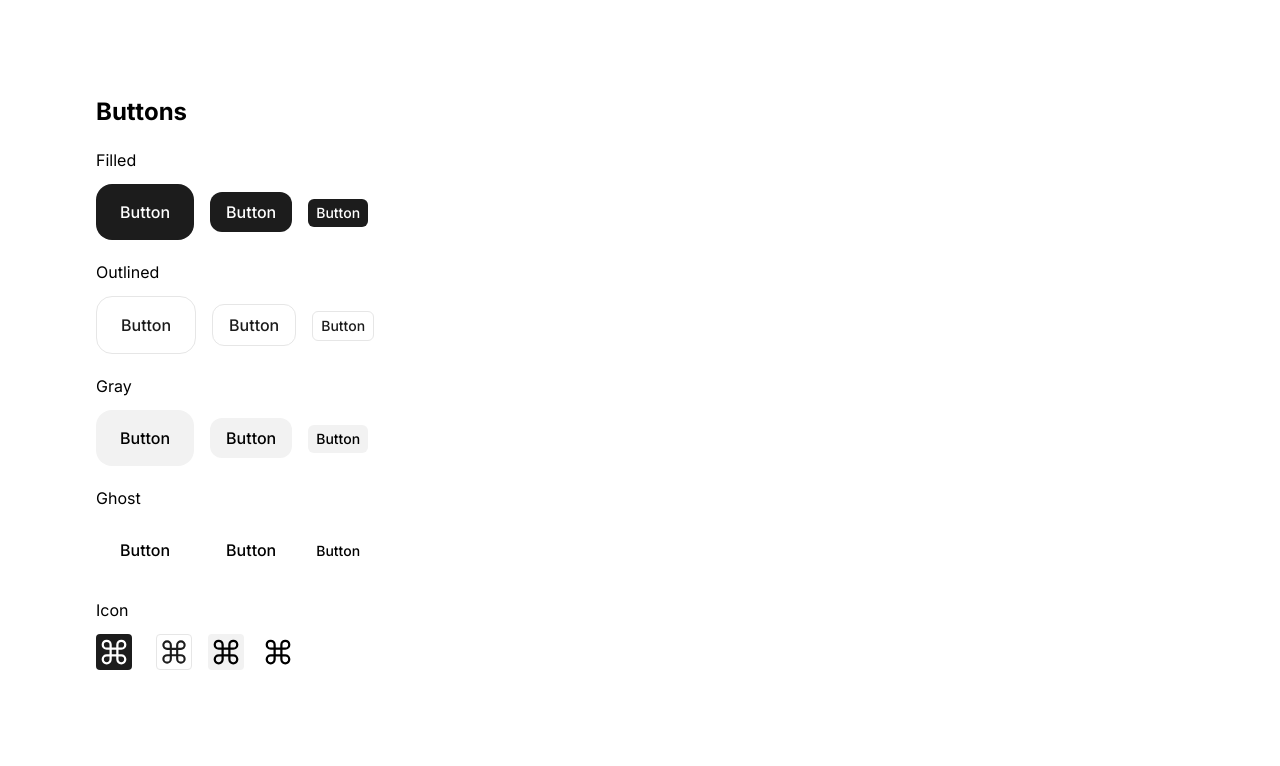
Repository: ggonzaga29/polarized-dashboard
Page: /
The author's editor kept a copy of each file at every save. The page is drawn from the files as they stood at one save, then again after the next save.
The browser window is 1280 px wide. The pictures show the whole page.
The project was rebuilt for these pictures with package versions that can differ from the ones it lists, and the page was loaded fresh each time. The framework's server and built-in components were replaced by stand-ins that run in the browser. Also part of the build but not shown: next.config.js.

Above is the page before, as saved 2023-08-04 00:52:43.

### src/app/layout.jsx
import './globals.css';
import { Inter } from 'next/font/google';
import { ThemeProvider } from '@/context/theme-provider';

const inter = Inter({ subsets: ['latin'] });

export const metadata = {
  title: 'Polarized | Dashboard',
};

export default function RootLayout({ children }) {
  return (
    <html lang="en">
      <body className={inter.className}>
        <ThemeProvider attribute="class" defaultTheme="system" enableSystem>
          {children}
        </ThemeProvider>
      </body>
    </html>
  );
}

### src/app/page.jsx
'use client';

import { Button } from '@/components/ui/button';
import { Command } from '@phosphor-icons/react';

export default function Home() {
  return (
    <main className="min-h-screen flex-col items-center justify-between p-24 space-y-5">
      <h1 className="text-2xl font-bold">Buttons</h1>
      <div>
        <h2>Filled</h2>
        <div className="space-x-4 mt-3">
          <Button variant="filled" size="lg">
            Button
          </Button>
          <Button variant="filled" size="md">
            Button
          </Button>
          <Button variant="filled" size="sm">
            Button
          </Button>
        </div>
      </div>
      <div>
        <h2>Outlined</h2>
        <div className="space-x-4 mt-3">
          <Button variant="outlined" size="lg">
            Button
          </Button>
          <Button variant="outlined" size="md">
            Button
          </Button>
          <Button variant="outlined" size="sm">
            Button
          </Button>
        </div>
      </div>
      <div>
        <h2>Gray</h2>
        <div className="space-x-4 mt-3">
          <Button variant="gray" size="lg">
            Button
          </Button>
          <Button variant="gray" size="md">
            Button
          </Button>
          <Button variant="gray" size="sm">
            Button
          </Button>
        </div>
      </div>
      <div>
        <h2>Ghost</h2>
        <div className="space-x-4 mt-3">
          <Button variant="ghost" size="lg">
            Button
          </Button>
          <Button variant="ghost" size="md">
            Button
          </Button>
          <Button variant="ghost" size="sm">
            Button
          </Button>
        </div>
      </div>
      <div>
        <h2>Icon</h2>
        <div className="space-x-4 mt-3">
          <Button variant="filled" size="icon" asChild>
            <Command className="h-6 w-6 mr-2" />
          </Button>
          <Button variant="outlined" size="icon" asChild>
            <Command className="h-6 w-6" />
          </Button>
          <Button variant="gray" size="icon" asChild>
            <Command className="h-6 w-6" />
          </Button>
          <Button variant="ghost" size="icon" asChild>
            <Command className="h-6 w-6" />
          </Button>
        </div>
      </div>
    </main>
  );
}

### src/app/globals.css
@tailwind base;
@tailwind components;
@tailwind utilities;

@layer base {
  :root {
    /* --background: 0 0% 100%;
    --foreground: 240 10% 3.9%;

    --muted: 240 4.8% 95.9%;
    --muted-foreground: 240 3.8% 46.1%;

    --popover: 0 0% 100%;
    --popover-foreground: 240 10% 3.9%;

    --card: 0 0% 100%;
    --card-foreground: 240 10% 3.9%;

    --border: 240 5.9% 90%;
    --input: 240 5.9% 90%;

    --primary: 240 5.9% 10%;
    --primary-foreground: 0 0% 98%;

    --secondary: 240 4.8% 95.9%;
    --secondary-foreground: 240 5.9% 10%;

    --accent: 240 4.8% 95.9%;
    --accent-foreground: 240 5.9% 10%;

    --destructive: 0 84.2% 60.2%;
    --destructive-foreground: 0 0% 98%;

    --ring: 240 5% 64.9%;

    --radius: 0.5rem; */

    /* 1C1C1C */
    /* Black shades */
    --shade-100: hsl(0, 0%, 11%);
    --shade-80: hsl(0, 0%, 20%);
    --shade-40: hsl(0, 0%, 40%);
    --shade-20: hsl(0, 0%, 60%);
    --shade-10: hsl(0, 0%, 90%);
    --shade-5: hsl(0, 0%, 95%);

    /* White tints */
    --tint-100: hsl(0, 0%, 100%);
    --tint-80: hsl(0, 0%, 80%);
    --tint-40: hsl(0, 0%, 60%);
    --tint-20: hsl(0, 0%, 40%);
    --tint-10: hsl(0, 0%, 20%);
    --tint-5: hsl(0, 0%, 10%);

    /* F7F9FB */
    --primary-light: hsl(210, 50%, 98%);
    /* E3F5FF */
    --primary-blue: hsl(210, 90%, 95%);
    /* E5ECF6 */
    --primary-purple: hsl(240, 20%, 90%);
    /* 1C1C1C */
    --primary-brand: hsl(0, 0%, 11%);

    /* 95A4FC */
    --secondary-purple-a: hsl(240, 60%, 75%);
    /* A8C5DA */
    --secondary-blue-a: hsl(200, 30%, 75%);
    /* E3F5FF */
    --secondary-blue-b: hsl(210, 90%, 95%);
    /* A1E3CB */
    --secondary-green-a: hsl(160, 70%, 75%);
    /* BAEDBD */
    --secondary-green-b: hsl(100, 40%, 75%);
    /* FFE999 */
    --secondary-yellow: hsl(50, 100%, 75%);
    /* FF4747 */
    --secondary-red: hsl(0, 100, 64);
  }

  .dark {
    /* --background: 240 10% 3.9%;
    --foreground: 0 0% 98%;

    --muted: 240 3.7% 15.9%;
    --muted-foreground: 240 5% 64.9%;

    --popover: 240 10% 3.9%;
    --popover-foreground: 0 0% 98%;

    --card: 240 10% 3.9%;
    --card-foreground: 0 0% 98%;

    --border: 240 3.7% 15.9%;
    --input: 240 3.7% 15.9%;

    --primary: 0 0% 98%;
    --primary-foreground: 240 5.9% 10%;

    --secondary: 240 3.7% 15.9%;
    --secondary-foreground: 0 0% 98%;

    --accent: 240 3.7% 15.9%;
    --accent-foreground: 0 0% 98%;

    --destructive: 0 62.8% 30.6%;
    --destructive-foreground: 0 85.7% 97.3%;

    --ring: 240 3.7% 15.9%; */
  }
}

### src/components/ui/button.jsx
import React from 'react';
import { Slot } from '@radix-ui/react-slot';
import { cva } from 'class-variance-authority';
import { twMerge } from 'tailwind-merge';

const button = cva(
  [
    'inline-flex items-center gap-2 justify-center font-medium transition-colors disabled:pointer-events-none disabled:opacity-50',
  ],
  {
    variants: {
      variant: {
        filled: ['bg-primary-brand', 'text-white', 'hover:bg-tint-10'],
        outlined: [
          'border border-shade-10',
          'text-shade-100',
          'hover:border-shade-80',
        ],
        gray: ['bg-shade-5', 'text-black', 'hover:bg-shade-10'],
        ghost: ['text-black', 'hover:bg-shade-10'],
      },

      size: {
        sm: ['px-2', 'py-1', 'rounded-md', 'text-sm'],
        md: ['px-4', 'py-2', 'rounded-xl'],
        lg: ['px-6', 'py-4', 'rounded-2xl'],
        icon: ['w-9 h-9', 'rounded'],
      },
    },
    defaultVariants: {
      variant: 'filled',
      size: 'md',
    },
  },
);

const Button = ({ asChild, variant, size, className, children }) => {
  const Component = asChild ? Slot : 'button';

  return (
    <Component className={twMerge(button({ variant, size }), className)}>
      {children}
    </Component>
  );
};

Button.displayName = 'Button';

export { Button };

### tailwind.config.js
/** @type {import('tailwindcss').Config} */
module.exports = {
	darkMode: ["class"],
	content: [
		'./pages/**/*.{js,jsx}',
		'./components/**/*.{js,jsx}',
		'./app/**/*.{js,jsx}',
		'./src/**/*.{js,jsx}',
	],
	theme: {
		// container: {
		//   center: true,
		//   padding: "2rem",
		//   screens: {
		//     "2xl": "1400px",
		//   },
		// },
		extend: {
			colors: {

				// --black-100: hsl(0, 0%, 11%);
				// --black-80: hsl(0%, 11%, 80%);

				// --white-100: hsl(0, 0%, 100%);
				// --white-80: hsl(0, 0%, 80%);
				// --white-40: hsl(0, 0%, 40%);
				// --white-20: hsl(0, 0%, 20%);
				// --white-10: hsl(0, 0%, 10%);
				// --white-5: hsl(0, 0%, 5%);


				shade: {
					100: "var(--shade-100)",
					80: "var(--shade-80)",
					40: "var(--shade-40)",
					20: "var(--shade-20)",
					10: "var(--shade-10)",
					5: "var(--shade-5)",
				},

				tint: {
					100: "var(--tint-100)",
					80: "var(--tint-80)",
					40: "var(--tint-40)",
					20: "var(--tint-20)",
					10: "var(--tint-10)",
					5: "var(--tint-5)",
				},

				primary: {
					brand: "var(--primary-brand)",
				}


				// border: "hsl(var(--border))",
				// input: "hsl(var(--input))",
				// ring: "hsl(var(--ring))",
				// background: "hsl(var(--background))",
				// foreground: "hsl(var(--foreground))",
				// primary: {
				//   DEFAULT: "hsl(var(--primary))",
				//   foreground: "hsl(var(--primary-foreground))",
				// },
				// secondary: {
				//   DEFAULT: "hsl(var(--secondary))",
				//   foreground: "hsl(var(--secondary-foreground))",
				// },
				// destructive: {
				//   DEFAULT: "hsl(var(--destructive))",
				//   foreground: "hsl(var(--destructive-foreground))",
				// },
				// muted: {
				//   DEFAULT: "hsl(var(--muted))",
				//   foreground: "hsl(var(--muted-foreground))",
				// },
				// accent: {
				//   DEFAULT: "hsl(var(--accent))",
				//   foreground: "hsl(var(--accent-foreground))",
				// },
				// popover: {
				//   DEFAULT: "hsl(var(--popover))",
				//   foreground: "hsl(var(--popover-foreground))",
				// },
				// card: {
				//   DEFAULT: "hsl(var(--card))",
				//   foreground: "hsl(var(--card-foreground))",
				// },
			},
			borderRadius: {
				// lg: "var(--radius)",
				// md: "calc(var(--radius) - 2px)",
				// sm: "calc(var(--radius) - 4px)",
			},
			keyframes: {
				// "accordion-down": {
				//   from: { height: 0 },
				//   to: { height: "var(--radix-accordion-content-height)" },
				// },
				// "accordion-up": {
				//   from: { height: "var(--radix-accordion-content-height)" },
				//   to: { height: 0 },
				// },
			},
			animation: {
				// "accordion-down": "accordion-down 0.2s ease-out",
				// "accordion-up": "accordion-up 0.2s ease-out",
			},
		},
	},
	plugins: [require("tailwindcss-animate")],
}

Loaded but not shown: src/context/theme-provider.jsx (common file)

After the next save:
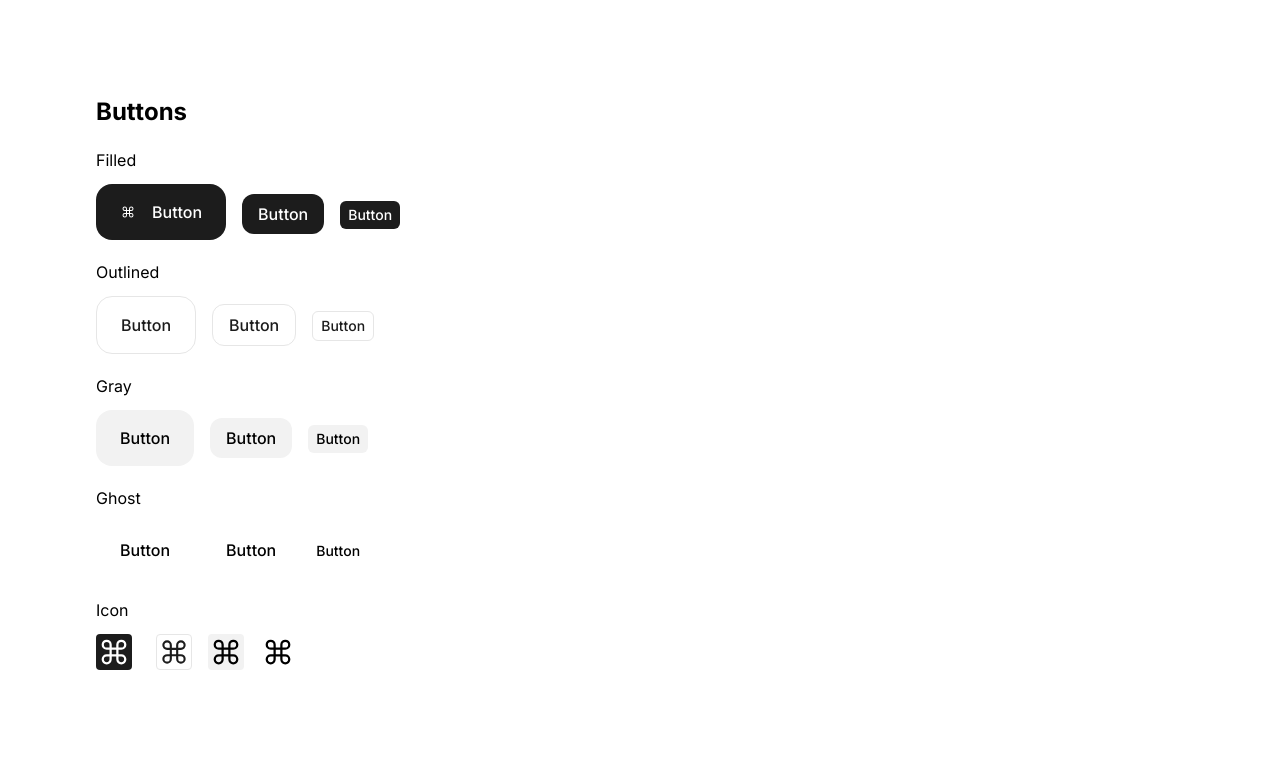
Saved 36 s later.
--- a/src/app/page.jsx
+++ b/src/app/page.jsx
@@ -11,6 +11,7 @@ export default function Home() {
         <h2>Filled</h2>
         <div className="space-x-4 mt-3">
           <Button variant="filled" size="lg">
+						<Command className="h-4 w-4 mr-2"></Command>
             Button
           </Button>
           <Button variant="filled" size="md">
